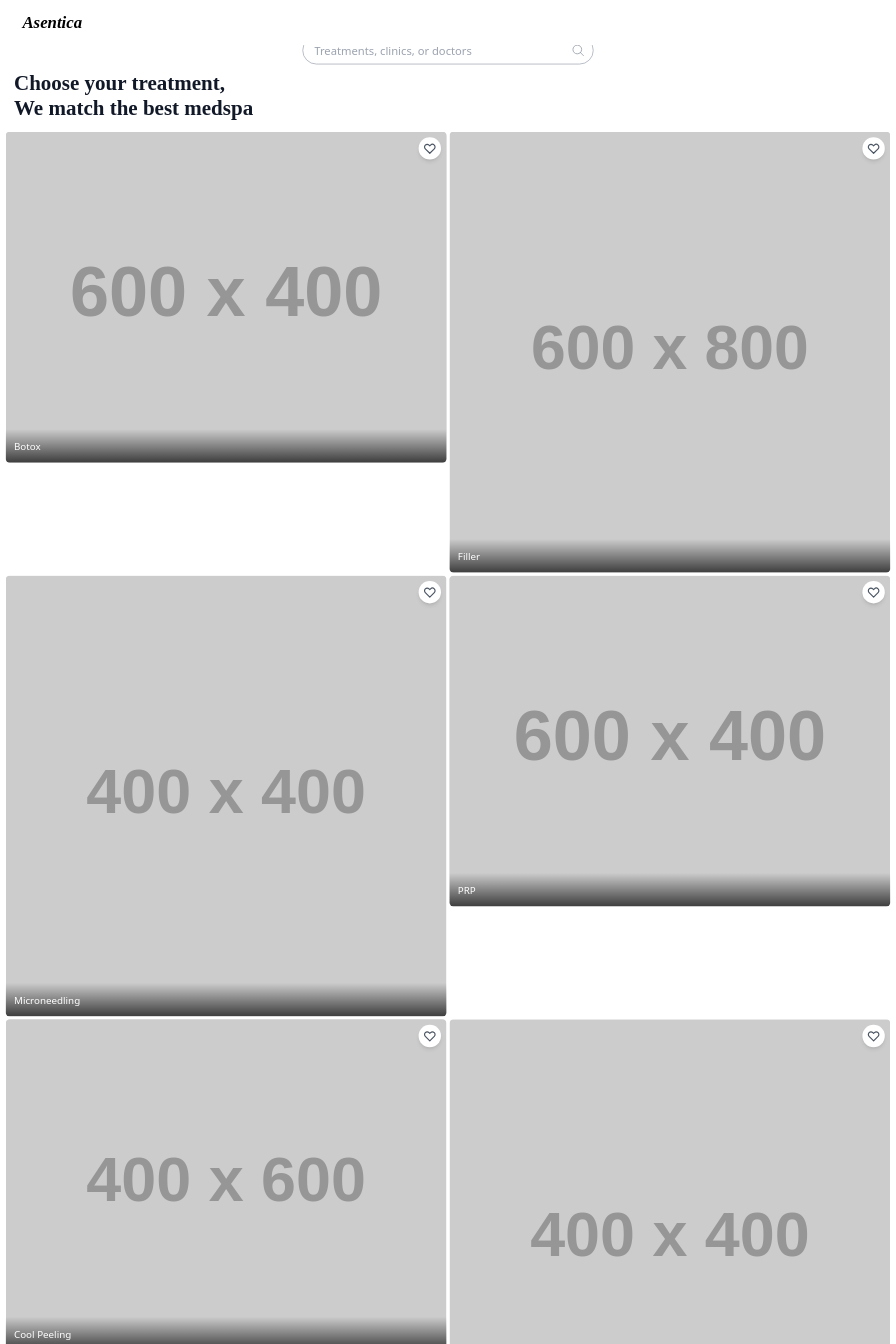
Repository: jungkeunhong/asentica_3rd
Page: /
The author's editor kept a copy of each file at every save. The page is drawn from the files as they stood at one save, then again after the next save.
The browser window is 1280 px wide. The pictures show the part of the page from y = 0 to 1920 px (the page is 7660 px tall before and 7588 px after), at 70% of full size.
Some web fonts or font styles are not loaded; a fallback is used. The project was rebuilt for these pictures with package versions that can differ from the ones it lists, and the page was loaded fresh each time. The framework's server and built-in components were replaced by stand-ins that run in the browser. Also part of the build but not shown: next.config.js.

Above is the page before, as saved 2025-02-26 14:54:44.

After the next save:
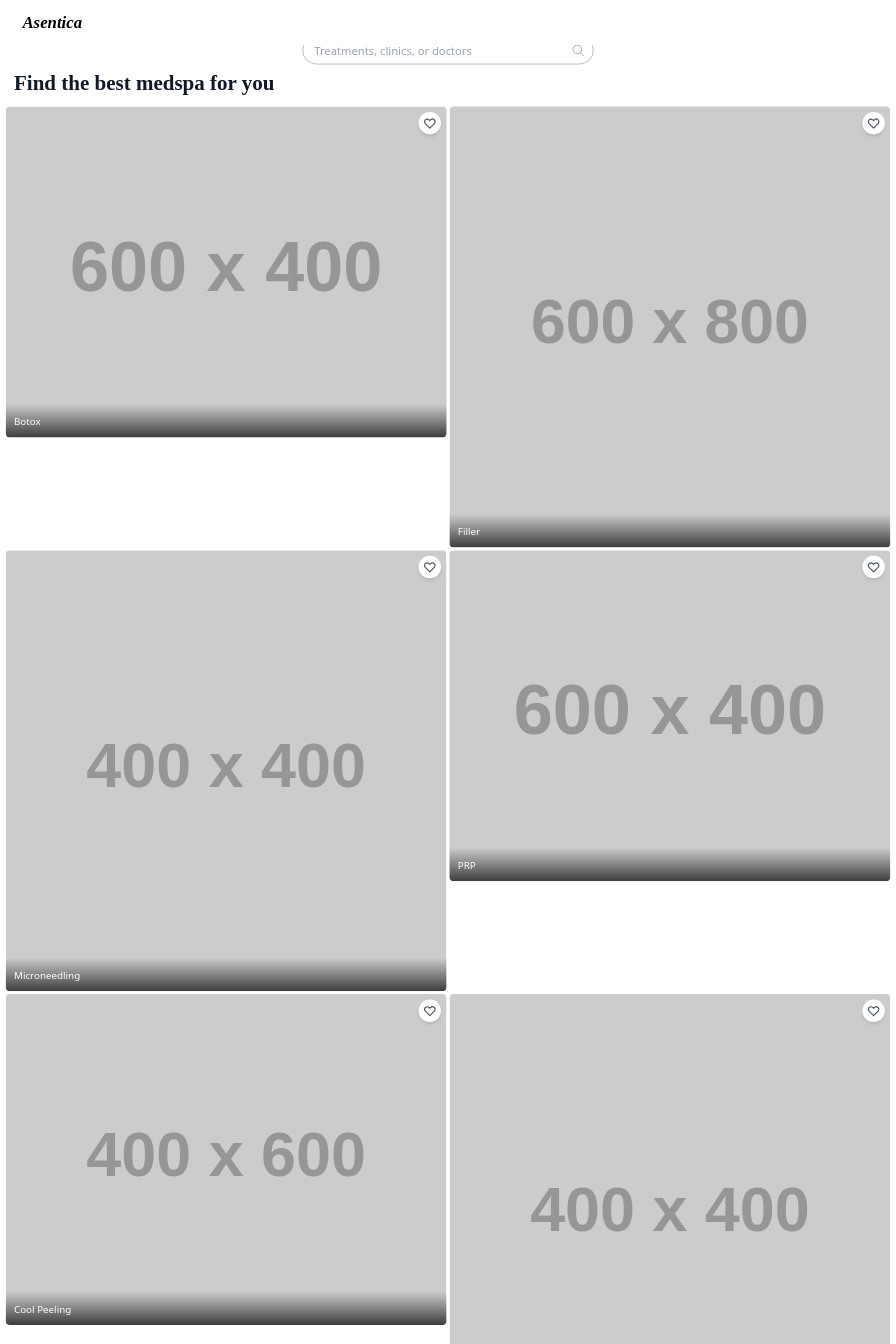
Saved 58 s later.
--- a/src/components/CategoryGrid.tsx
+++ b/src/components/CategoryGrid.tsx
@@ -87,7 +87,7 @@ const CategoryGrid = () => {
 
   return (
     <div className="py-2">
-      <h2 className="cormorant text-3xl font-extrabold mb-4 text-gray-900 pl-5">Choose your treatment,<br />We match the best medspa</h2>
+      <h2 className="cormorant text-3xl font-extrabold mb-4 text-gray-900 pl-5">Find the best medspa for you</h2>
 
       <div className="grid grid-cols-2 gap-1 px-2">
         {categories.map((category) => {
